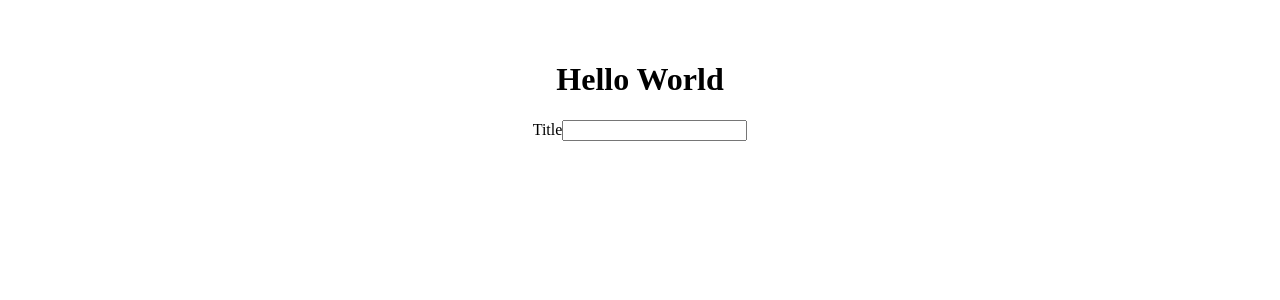
Repository: VishwaGoswami1407/todo-react-frontend
Page: /
An editor plug-in stored every save of this project. The page is shown before and after a run of saves, followed by the edit.
The browser window is 1280 px wide. The pictures show the whole page.
The project was rebuilt for these pictures with package versions that can differ from the ones it lists, and the page was loaded fresh each time. Also part of the build but not shown: vite.config.js.

Above is the page before, as saved 2024-10-27 22:55:08.

### src/App.jsx
import './App.css'

function App() {

  return (
    <>
     <h1>Hello World</h1>
     <label>Title</label>
     <input type="text" name="title" />


    </>
  )
}

export default App

Loaded but not shown: index.html (common file); src/main.jsx (common file); src/App.css (common file)

After the next 6 saves:
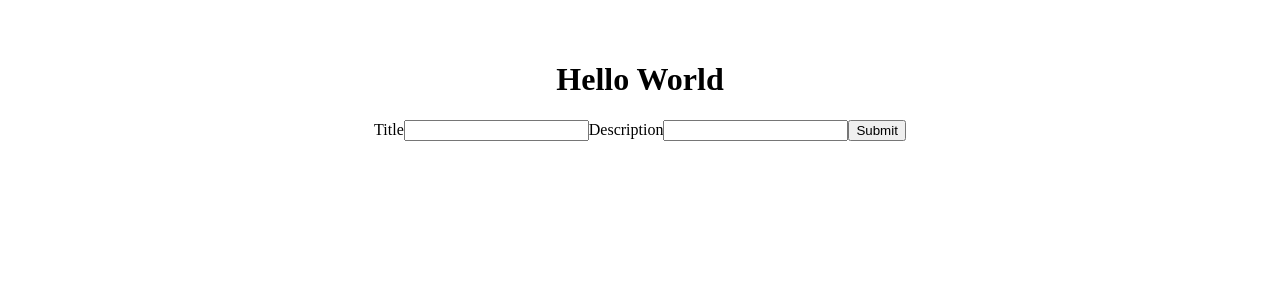
The 6 saves are shown as one change because 1 did not build or start and some came seconds apart.
The last was saved 21 s later.
--- a/src/App.jsx
+++ b/src/App.jsx
@@ -7,7 +7,10 @@ function App() {
      <h1>Hello World</h1>
      <label>Title</label>
      <input type="text" name="title" />
+     <label>Description</label>
+     <input type="text" name="description" />
 
+     <button type="submit">Submit</button>
 
     </>
   )
